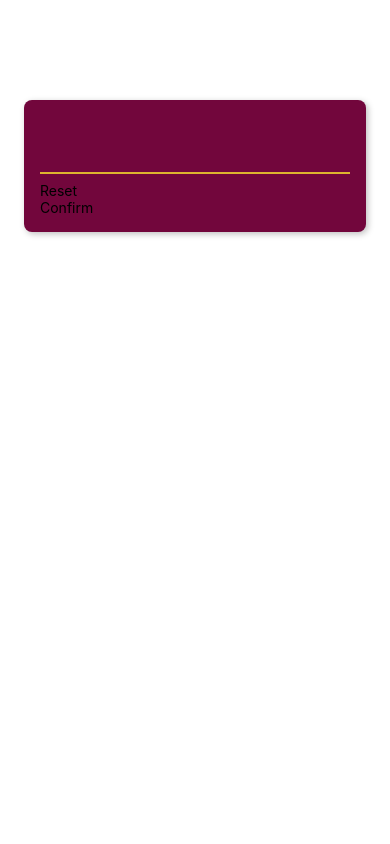
Repository: cobalt88/miniGameApp
Screen: /
These files come from the project's save history. The screen is drawn as it stood at one moment and after the next save; the edit follows.
The app was drawn by React Native's web renderer in a window 390 px wide. The project was rebuilt for these pictures with package versions that can differ from the ones it lists, and the page was loaded fresh each time.

Above is the screen before, as saved 2023-02-02 16:22:19.

### App.js
import { StatusBar } from "expo-status-bar";
import { StyleSheet, Text, View } from "react-native";
import StartGameScreen from "./screens/StartGameScreen";

export default function App() {
  return <StartGameScreen />;
}

const styles = StyleSheet.create({});

### screens/StartGameScreen.js
import { View, TextInput, StyleSheet } from "react-native";
import PrimaryButton from "../components/PrimaryButton";

function StartGameScreen() {
  return (
    <View style={styles.inputContainer}>
      <TextInput style={styles.numberInput} />
      <PrimaryButton>Reset</PrimaryButton>
      <PrimaryButton>Confirm</PrimaryButton>
    </View>
  );
}

export default StartGameScreen;

const styles = StyleSheet.create({
  inputContainer: {
    marginHorizontal: 24,
    borderRadius: 8,
    padding: 16,
    marginTop: 100,
    backgroundColor: "#72063c",
    elevation: 8,
    shadowColor: "black",
    shadowOffset: { width: 2, height: 2 },
    shadowOpacity: 0.25,
    shadowRadius: 6,
  },
  numberInput: {
    height: 50,
    fontSize: 32,
    borderBottomColor: "#ddb52f",
    borderBottomWidth: 2,
    color: "#ddb52f",
    textAlign: "center",
    marginVertical: 8,
    fontWeight: "bold",
  },
});

### components/PrimaryButton.js
import { View, Text } from "react-native";

function PrimaryButton({ children }) {
  return (
    <View>
      <Text>{children}</Text>
    </View>
  );
}

export default PrimaryButton;

After the next save:
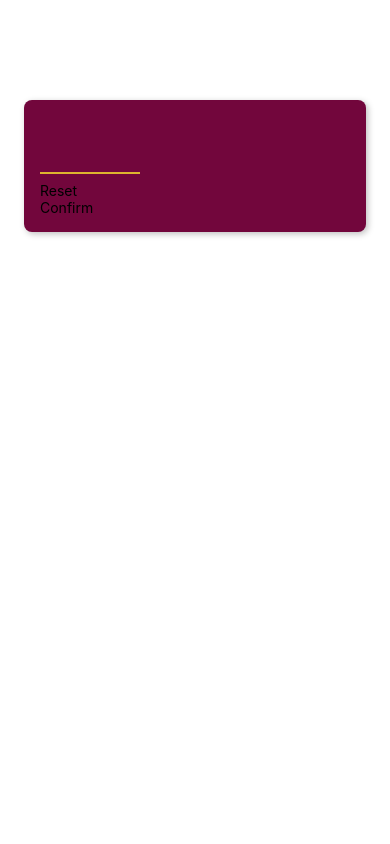
Saved 60 s later.
--- a/screens/StartGameScreen.js
+++ b/screens/StartGameScreen.js
@@ -35,5 +35,6 @@ const styles = StyleSheet.create({
     textAlign: "center",
     marginVertical: 8,
     fontWeight: "bold",
+    maxWidth: 100,
   },
 });
